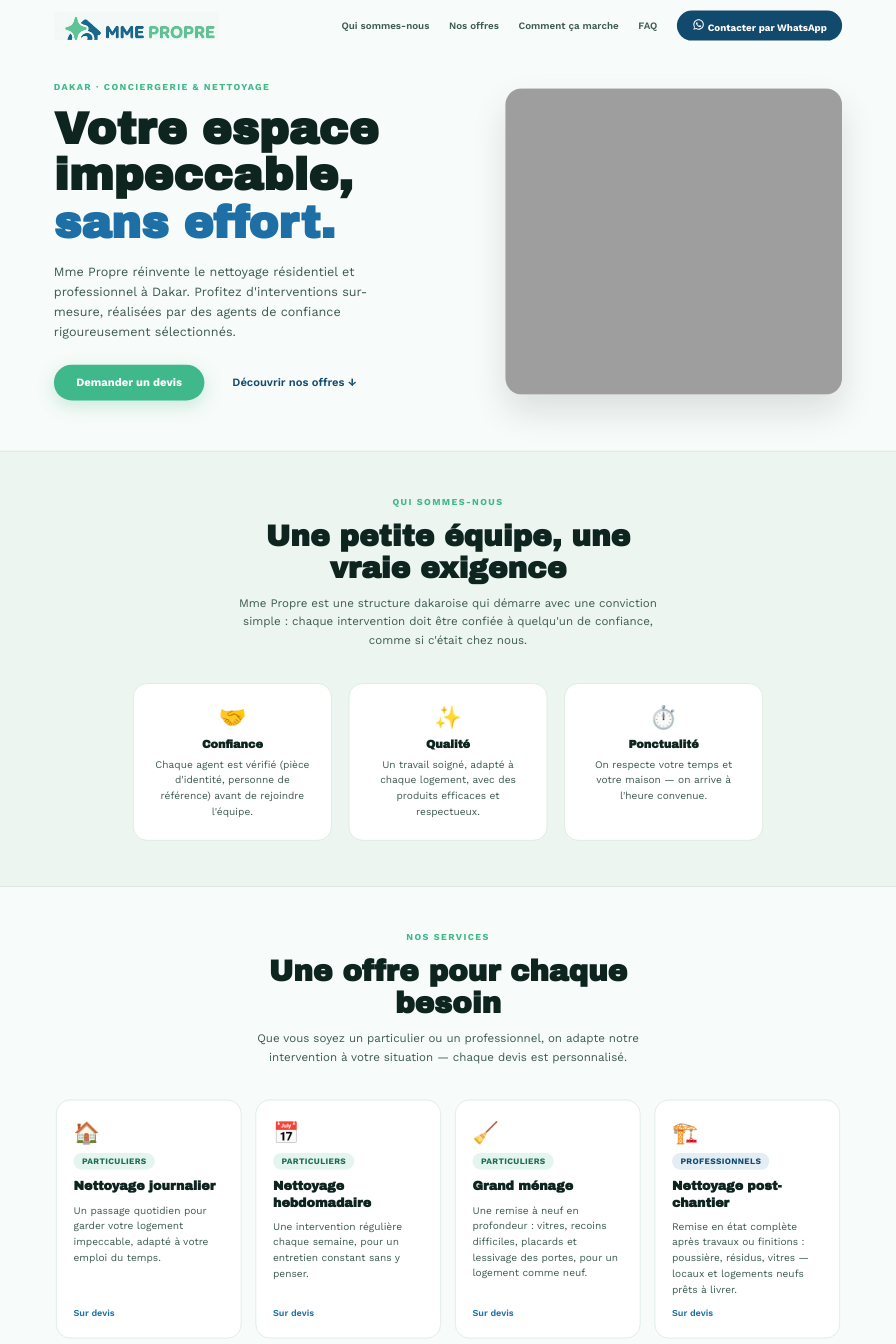
Repository: AntaaaKD/Mme-Propre
Page: index.html
These files come from the project's save history. The page is drawn as it stood at one moment and after the next save; the edit follows.
The browser window is 1280 px wide. The pictures show the part of the page from y = 0 to 1920 px (the page is 4384 px tall before and 4381 px after), at 70% of full size.
Pictures or frames that could not be fetched are drawn as grey boxes.

Above is the page before, as saved 2026-07-29 00:27:11.

### index.html
<!DOCTYPE html>
<html lang="fr">
<head>
<meta charset="UTF-8">
<meta name="viewport" content="width=device-width, initial-scale=1.0">
<title>Mme Propre — La propreté de votre demeure, en un clic</title>
<meta name="description" content="Nettoyage résidentiel et professionnel à Dakar : particuliers, bureaux, post-chantier. Agents de confiance, devis gratuit sous 24h.">

<!-- Aperçu de lien (WhatsApp, Facebook, etc.) -->
<meta property="og:type" content="website">
<meta property="og:title" content="Mme Propre — La propreté de votre demeure, en un clic">
<meta property="og:description" content="Nettoyage résidentiel et professionnel à Dakar : particuliers, bureaux, post-chantier. Agents de confiance, devis gratuit sous 24h.">
<meta property="og:image" content="https://images.unsplash.com/photo-1758272421751-963195322eaa?w=1200&auto=format&fit=crop&q=80">
<!-- ⚠️ Remplacer par l'URL réelle une fois le site déployé sur Netlify -->
<meta property="og:url" content="https://mme-propre.netlify.app/">
<meta name="twitter:card" content="summary_large_image">
<link rel="icon" type="image/png" href="data:[embedded picture, 38990 characters]">
<link rel="preconnect" href="https://fonts.googleapis.com">
<link rel="preconnect" href="https://fonts.gstatic.com" crossorigin>
<link href="https://fonts.googleapis.com/css2?family=Archivo+Black&family=Work+Sans:wght@400;500;600;700&display=swap" rel="stylesheet">

<!-- Sécurité : Cloudflare Turnstile -->
<script src="https://challenges.cloudflare.com/turnstile/v0/api.js" async defer></script>

<style>
  :root{
    --surface:#F7FBF9;
    --surface-2:#ECF5F0;
    --ink:#0E241E;
    --ink-soft:#3E5A52;
    --blue:#1D6FA5;
    --blue-deep:#124A6E;
    --mint:#3FB88C;
    --lemon:#F2C230;
    --line:#D6E6DE;
    --display:"Archivo Black", sans-serif;
    --body:"Work Sans", sans-serif;
  }
  *{box-sizing:border-box;}
  body{margin:0;padding:0;background:var(--surface);color:var(--ink);font-family:var(--body);}
  a{color:inherit;}
  section{scroll-margin-top:20px;}

  header{
    display:flex;align-items:center;justify-content:space-between;
    padding:15px 6vw;position:sticky;top:0;background:rgba(247,251,249,0.9);
    backdrop-filter:blur(6px);z-index:20;border-bottom:1px solid transparent;
  }
  .logo{display:flex;align-items:center;}
  .logo img{height:40px;width:auto;display:block;}
  nav{display:flex;align-items:center;gap:28px;}
  nav a.nav-link{font-size:14px;font-weight:600;color:var(--ink-soft);text-decoration:none;}
  .header-cta{
    font-size:14px;font-weight:700;color:#fff;background:var(--blue-deep);
    border-radius:999px;padding:11px 22px;text-decoration:none;
    transition:transform .15s ease;
  }
  .header-cta:hover{transform:translateY(-2px);}
  @media (max-width:760px){ nav a.nav-link{display:none;} }

  .hero{position:relative;padding:6vh 6vw 10vh;overflow:hidden;}
  .hero-grid{position:relative;z-index:2;display:grid;grid-template-columns:1.1fr 0.9fr;gap:56px;align-items:center;}
  @media (max-width:860px){.hero-grid{grid-template-columns:1fr;gap:40px;} .hero-image{max-height:320px;}}
  .hero-image{position:relative;border-radius:24px;overflow:hidden;box-shadow:0 24px 50px rgba(14,36,30,0.12);aspect-ratio:1.1;}
  .hero-image img{width:100%;height:100%;object-fit:cover;display:block;}
  .eyebrow{font-size:13px;font-weight:700;letter-spacing:2px;text-transform:uppercase;color:var(--mint);margin-bottom:18px;}
  h1{font-family:var(--display);font-size:clamp(36px,5.5vw,64px);line-height:1.05;margin:0 0 22px;max-width:15ch;}
  h1 .accent{color:var(--blue);}
  .hero p.lead{font-size:18px;color:var(--ink-soft);max-width:46ch;line-height:1.6;margin:0 0 32px;}
  .hero-ctas{display:flex;gap:16px;align-items:center;flex-wrap:wrap;}
  .btn-primary{
    background:var(--mint);color:#fff;font-weight:700;padding:16px 32px;
    border-radius:999px;box-shadow:0 8px 24px rgba(63,184,140,0.25);text-decoration:none;
    transition:transform .2s ease, box-shadow .2s ease;
  }
  .btn-primary:hover{transform:translateY(-2px);box-shadow:0 12px 28px rgba(63,184,140,0.4);}
  .btn-secondary{font-weight:600;color:var(--blue-deep);padding:16px 24px;text-decoration:none;}

  .section{padding:9vh 6vw;}
  .section.alt{background:var(--surface-2);border-top:1px solid var(--line);border-bottom:1px solid var(--line);}
  .section-head{max-width:640px;margin:0 auto 48px;text-align:center;}
  .section-head .eyebrow{justify-content:center;display:flex;}
  .section-head h2{font-family:var(--display);font-size:clamp(28px,3.6vw,42px);margin:0 0 14px;}
  .section-head p{color:var(--ink-soft);font-size:16.5px;line-height:1.6;margin:0;}

    /* ---------- Qui sommes-nous / Valeurs ---------- */
  .values-grid{max-width:900px;margin:0 auto;display:grid;grid-template-columns:repeat(3,1fr);gap:24px;}
  @media (max-width:760px){.values-grid{grid-template-columns:1fr;}}
  .value-card{
    background:#fff;border:1.5px solid var(--line);border-radius:20px;padding:28px 24px;
    text-align:center;transition:transform .18s ease, box-shadow .18s ease;
  }
  .value-card:hover{transform:translateY(-4px);box-shadow:0 16px 32px rgba(14,36,30,0.08);}
  .value-icon{font-size:32px;display:block;margin-bottom:12px;}
  .value-card h4{font-family:var(--display);font-size:16px;margin:0 0 10px;}
  .value-card p{color:var(--ink-soft);font-size:14.5px;line-height:1.55;margin:0;}


  .offers{max-width:1120px;margin:0 auto;display:grid;grid-template-columns:repeat(4,1fr);gap:20px;}
  @media (max-width:980px){.offers{grid-template-columns:repeat(2,1fr);}}
  @media (max-width:560px){.offers{grid-template-columns:1fr;}}
  .offer-card{
    background:#fff;border:1.5px solid var(--line);border-radius:20px;padding:28px 24px;
    display:flex;flex-direction:column;gap:12px;transition:transform .18s ease, box-shadow .18s ease;
  }
  .offer-card:hover{transform:translateY(-4px);box-shadow:0 16px 32px rgba(14,36,30,0.08);}
  .offer-card .emoji{font-size:30px;}
  .offer-card h3{font-family:var(--display);font-size:18px;margin:0;line-height:1.3;}
  .offer-card p{color:var(--ink-soft);font-size:14.5px;line-height:1.55;margin:0;flex:1;}
  .offer-tag{
    align-self:flex-start;font-size:12px;font-weight:700;letter-spacing:0.5px;text-transform:uppercase;
    padding:5px 12px;border-radius:999px;
  }
  .tag-domicile{background:rgba(63,184,140,0.14);color:#1f6b4f;}
  .tag-pro{background:rgba(29,111,165,0.12);color:var(--blue-deep);}
  .offer-quote{font-size:13px;font-weight:600;color:var(--blue);margin-top:2px;}

  .steps{max-width:900px;margin:0 auto;display:grid;grid-template-columns:repeat(3,1fr);gap:28px;}
  @media (max-width:760px){.steps{grid-template-columns:1fr;}}
  .step{text-align:center;}
  .step-num{
    width:44px;height:44px;border-radius:50%;background:var(--blue-deep);color:#fff;
    display:flex;align-items:center;justify-content:center;font-family:var(--display);font-size:17px;
    margin:0 auto 16px;
  }
  .step h4{font-family:var(--display);font-size:17px;margin:0 0 8px;}
  .step p{color:var(--ink-soft);font-size:14.5px;line-height:1.55;margin:0;}

  .form-wrap{max-width:760px;margin:0 auto;background:#fff;border:1.5px solid var(--line);border-radius:24px;padding:44px 40px;}
  @media (max-width:600px){.form-wrap{padding:32px 22px;}}
  .grid{display:grid;grid-template-columns:1fr 1fr;gap:16px;}
  @media (max-width:680px){.grid{grid-template-columns:1fr;}}
  .field{display:flex;flex-direction:column;gap:6px;}
  .field.full{grid-column:1/-1;}
  label{font-size:13px;font-weight:600;color:var(--ink-soft);}
  input,select,textarea{
    font-family:var(--body);font-size:15px;border:1.5px solid var(--line);border-radius:12px;
    padding:13px 15px;background:#fff;color:var(--ink);outline:none;transition:border-color .18s ease;
  }
  input:focus,select:focus,textarea:focus{border-color:var(--blue);}
  textarea{resize:vertical;min-height:90px;}

  .security-row { margin-top: 10px; display: flex; justify-content: center; width: 100%; }

  .submit-row{margin-top:20px;display:flex;align-items:center;gap:16px;flex-wrap:wrap;}
  .btn-whatsapp{
    display:inline-flex;align-items:center;gap:10px;background:var(--mint);color:#fff;border:none;
    border-radius:999px;padding:15px 26px;font-family:var(--body);font-weight:700;font-size:15px;cursor:pointer;
    transition:transform .15s ease, box-shadow .15s ease;
  }
  .btn-whatsapp:hover{transform:translateY(-2px);box-shadow:0 8px 22px rgba(63,184,140,0.35);}
  .btn-whatsapp:disabled{opacity:0.6;cursor:not-allowed;transform:none;}
  .btn-whatsapp-outline{
    display:inline-flex;align-items:center;gap:10px;background:#fff;color:var(--ink);border:1.5px solid var(--line);
    border-radius:999px;padding:14px 24px;font-family:var(--body);font-weight:700;font-size:14.5px;cursor:pointer;
    transition:transform .15s ease, border-color .15s ease;
  }
  .btn-whatsapp-outline:hover{transform:translateY(-2px);border-color:var(--mint);}
  .hint{font-size:13px;color:var(--ink-soft);}
  .privacy-note{font-size:12.5px;color:var(--ink-soft);margin-top:10px;line-height:1.5;}
  .hp-field{position:absolute;left:-9999px;top:-9999px;height:0;width:0;overflow:hidden;}

  .direct{padding:8vh 6vw;text-align:center;}

  /* ---------- FAQ ---------- */
  .faq-list{max-width:760px;margin:0 auto;display:flex;flex-direction:column;gap:14px;}
  .faq-item{
    background:#fff;border:1.5px solid var(--line);border-radius:16px;
    padding:6px 22px;transition:border-color .18s ease;
  }
  .faq-item[open]{border-color:var(--mint);}
  .faq-item summary{
    padding:16px 0;font-family:var(--display);font-size:15.5px;cursor:pointer;
    list-style:none;display:flex;align-items:center;justify-content:space-between;gap:16px;color:var(--ink);
  }
  .faq-item summary::-webkit-details-marker{display:none;}
  .faq-item summary::after{
    content:"+";font-family:var(--body);font-size:22px;font-weight:400;color:var(--mint);flex-shrink:0;
    transition:transform .2s ease;
  }
  .faq-item[open] summary::after{transform:rotate(45deg);}
  .faq-item p{color:var(--ink-soft);font-size:14.5px;line-height:1.6;margin:0 0 18px;}
  .direct h3{font-family:var(--display);font-size:clamp(22px,3vw,30px);margin:0 0 12px;}
  .direct p{color:var(--ink-soft);margin:0 0 26px;font-size:16px;}
  .btn-direct{
    display:inline-flex;align-items:center;gap:10px;
    background:var(--blue-deep);color:#fff;border:none;border-radius:999px;
    padding:16px 30px;font-family:var(--body);font-weight:700;font-size:15.5px;text-decoration:none;
    transition:transform .15s ease;
  }
  .btn-direct:hover{transform:translateY(-2px);}

  footer{padding:26px 6vw;border-top:1px solid var(--line);font-size:13px;color:var(--ink-soft);display:flex;justify-content:space-between;flex-wrap:wrap;gap:10px;}
</style>
</head>
<body>

<header>
  <div class="logo"><img src="data:[embedded picture, 79982 characters]" alt="Mme Propre"></div>
    <nav>
    <a class="nav-link" href="#apropos">Qui sommes-nous</a>
    <a class="nav-link" href="#offres">Nos offres</a>
    <a class="nav-link" href="#comment">Comment ça marche</a>
    <a class="nav-link" href="#faq">FAQ</a>
    <a class="header-cta header-cta-wa" id="header-wa-btn" href="#" target="_blank" rel="noopener">
  <svg viewBox="0 0 24 24" width="18" height="18" fill="currentColor" aria-hidden="true">
    <path d="M12 2C6.48 2 2 6.48 2 12c0 1.85.5 3.58 1.38 5.07L2 22l5.11-1.34A9.94 9.94 0 0 0 12 22c5.52 0 10-4.48 10-10S17.52 2 12 2zm0 18c-1.63 0-3.16-.44-4.48-1.21l-.32-.19-3.03.79.81-2.95-.21-.31A7.94 7.94 0 0 1 4 12c0-4.41 3.59-8 8-8s8 3.59 8 8-3.59 8-8 8zm4.36-5.86c-.24-.12-1.42-.7-1.64-.78-.22-.08-.38-.12-.54.12-.16.24-.62.78-.76.94-.14.16-.28.18-.52.06-.24-.12-1.01-.37-1.92-1.19-.71-.63-1.19-1.41-1.33-1.65-.14-.24-.01-.37.11-.49.11-.11.24-.28.36-.42.12-.14.16-.24.24-.4.08-.16.04-.3-.02-.42-.06-.12-.54-1.3-.74-1.78-.19-.46-.39-.4-.54-.4-.14 0-.3-.02-.46-.02s-.42.06-.64.3c-.22.24-.84.82-.84 2s.86 2.32.98 2.48c.12.16 1.7 2.6 4.12 3.64.58.25 1.03.4 1.38.51.58.18 1.11.16 1.53.1.47-.07 1.42-.58 1.62-1.14.2-.56.2-1.04.14-1.14-.06-.1-.22-.16-.46-.28z"/>
  </svg>
  <span>Contacter par WhatsApp</span>
</a>
  </nav>
</header>

<section class="hero">
  <div class="hero-grid">
    <div>
      <div class="eyebrow">Dakar · Conciergerie & Nettoyage</div>
      <h1>Votre espace impeccable, <span class="accent">sans effort.</span></h1>
      <p class="lead">Mme Propre réinvente le nettoyage résidentiel et professionnel à Dakar. Profitez d'interventions sur-mesure, réalisées par des agents de confiance rigoureusement sélectionnés.</p>
      <div class="hero-ctas">
        <a href="#devis" class="btn-primary">Demander un devis</a>
        <a href="#offres" class="btn-secondary">Découvrir nos offres ↓</a>
      </div>
    </div>
    <div class="hero-image">
      <img src="https://african.land/oc-content/plugins/blog/img/blog/328.jpg" alt="Nettoyage professionnel de maison à Dakar">

    </div>
  </div>
</section>



<!-- ============ NOUVELLE SECTION : QUI SOMMES-NOUS ============ -->
<section class="section alt" id="apropos">
  <div class="section-head">
    <div class="eyebrow">Qui sommes-nous</div>
    <h2>Une petite équipe, une vraie exigence</h2>
    <p>Mme Propre est une structure dakaroise qui démarre avec une conviction simple : chaque intervention doit être confiée à quelqu'un de confiance, comme si c'était chez nous.</p>
  </div>
  <div class="values-grid">
    <div class="value-card">
      <span class="value-icon">🤝</span>
      <h4>Confiance</h4>
      <p>Chaque agent est vérifié (pièce d'identité, personne de référence) avant de rejoindre l'équipe.</p>
    </div>
    <div class="value-card">
      <span class="value-icon">✨</span>
      <h4>Qualité</h4>
      <p>Un travail soigné, adapté à chaque logement, avec des produits efficaces et respectueux.</p>
    </div>
    <div class="value-card">
      <span class="value-icon">⏱️</span>
      <h4>Ponctualité</h4>
      <p>On respecte votre temps et votre maison — on arrive à l'heure convenue.</p>
    </div>
  </div>
</section>
<!-- ============ FIN NOUVELLE SECTION ============ -->

<section class="section" id="offres">
  <div class="section-head">
    <div class="eyebrow">Nos services</div>
    <h2>Une offre pour chaque besoin</h2>
    <p>Que vous soyez un particulier ou un professionnel, on adapte notre intervention à votre situation — chaque devis est personnalisé.</p>
  </div>
  <div class="offers">
    <div class="offer-card">
      <span class="emoji">🏠</span>
      <span class="offer-tag tag-domicile">Particuliers</span>
      <h3>Nettoyage journalier</h3>
      <p>Un passage quotidien pour garder votre logement impeccable, adapté à votre emploi du temps.</p>
      <span class="offer-quote">Sur devis</span>
    </div>
    <div class="offer-card">
      <span class="emoji">📅</span>
      <span class="offer-tag tag-domicile">Particuliers</span>
      <h3>Nettoyage hebdomadaire</h3>
      <p>Une intervention régulière chaque semaine, pour un entretien constant sans y penser.</p>
      <span class="offer-quote">Sur devis</span>
    </div>
    <div class="offer-card">
      <span class="emoji">🧹</span>
      <span class="offer-tag tag-domicile">Particuliers</span>
      <h3>Grand ménage</h3>
      <p>Une remise à neuf en profondeur : vitres, recoins difficiles, placards et lessivage des portes, pour un logement comme neuf.</p>
      <span class="offer-quote">Sur devis</span>
    </div>
    <div class="offer-card">
      <span class="emoji">🏗️</span>
      <span class="offer-tag tag-pro">Professionnels</span>
      <h3>Nettoyage post-chantier</h3>
      <p>Remise en état complète après travaux ou finitions : poussière, résidus, vitres — locaux et logements neufs prêts à livrer.</p>
      <span class="offer-quote">Sur devis</span>
    </div>
  </div>
</section>

<section class="section alt" id="comment">
  <div class="section-head">
    <div class="eyebrow">Simple et rapide</div>
    <h2>Comment ça marche</h2>
  </div>
  <div class="steps">
    <div class="step">
      <div class="step-num">1</div>
      <h4>Vous nous contactez</h4>
      <p>Décrivez votre besoin via le formulaire ou directement sur WhatsApp : type de bien, surface, fréquence souhaitée.</p>
    </div>
    <div class="step">
      <div class="step-num">2</div>
      <h4>On évalue ensemble</h4>
      <p>Selon la situation, on échange par téléphone et on organise une visite pour établir un devis précis et adapté.</p>
    </div>
    <div class="step">
      <div class="step-num">3</div>
      <h4>Intervention programmée</h4>
      <p>Une fois le devis validé, on planifie l'intervention à la date qui vous convient le mieux.</p>
    </div>
  </div>
</section>

<section class="section" id="faq">
  <div class="section-head">
    <div class="eyebrow">Questions fréquentes</div>
    <h2>Ce que vous vous demandez peut-être</h2>
  </div>
  <div class="faq-list">
    <details class="faq-item">
      <summary>Comment sélectionnez-vous vos agents de nettoyage ?</summary>
      <p>Chaque candidat passe par une vérification d'identité (pièce d'identité) et fournit une personne de référence avant de rejoindre l'équipe. On reste une petite structure qui démarre, donc chaque profil est validé personnellement plutôt que via un processus automatisé.</p>
    </details>
    <details class="faq-item">
      <summary>Dois-je être présent(e) pendant l'intervention ?</summary>
      <p>Ce n'est pas obligatoire, mais c'est recommandé pour la toute première intervention afin de valider ensemble vos attentes et l'accès au logement. Pour les interventions suivantes, on s'organise selon ce qui vous convient le mieux.</p>
    </details>
    <details class="faq-item">
      <summary>Comment se passe le paiement ?</summary>
      <p>Les modalités (montant, moyen de paiement, fréquence) sont fixées ensemble au moment du devis, avant toute intervention — vous savez exactement à quoi vous attendre dès le départ.</p>
    </details>
    <details class="faq-item">
      <summary>Que se passe-t-il si je ne suis pas satisfait(e) ?</summary>
      <p>Contactez-nous directement — on préfère de loin ajuster le service avec vous plutôt que de laisser un problème sans réponse.</p>
    </details>
    <details class="faq-item">
      <summary>Travaillez-vous aussi avec les professionnels de l'immobilier et du bâtiment ?</summary>
      <p>Oui — nettoyage post-chantier, remise en état de logements neufs ou de locaux avant livraison. Contactez-nous pour discuter de vos besoins, ponctuels ou récurrents.</p>
    </details>
  </div>
</section>

<section class="section" id="devis">
  <div class="section-head">
    <div class="eyebrow">Demande de devis</div>
    <h2>Parlez-nous de votre projet</h2>
    <p>Particulier ou professionnel, remplissez ce formulaire — on revient vers vous rapidement avec une proposition adaptée.</p>
  </div>

  <div class="form-wrap">
    <div class="grid">
      <div class="field"><label for="d-nom">Nom complet</label><input id="d-nom" type="text" required maxlength="80" autocomplete="name" placeholder="Ex : Awa Diagne"></div>
      <div class="field"><label for="d-tel">Numéro de téléphone</label><input id="d-tel" type="tel" required maxlength="25" autocomplete="tel" inputmode="tel" pattern="^[0-9+ ]{7,25}$" placeholder="77 000 00 00"></div>
      <div class="field">
        <label for="d-type">Vous êtes</label>
        <select id="d-type">
          <option value="Particulier — Domicile">Particulier — nettoyage domicile</option>
          <option value="Pro — Post-chantier">Professionnel — nettoyage post-chantier</option>
          <option value="Pro — Bureaux/Locaux">Professionnel — bureaux / locaux</option>
          <option value="Autre">Autre</option>
        </select>
      </div>
      <div class="field"><label for="d-zone">Quartier / zone</label><input id="d-zone" type="text" placeholder="Ex : Sacré-Cœur, Dakar" maxlength="100"></div>
      <div class="field full"><label for="d-surface">Surface ou taille approximative (si connue)</label><input id="d-surface" type="text" placeholder="Ex : Appartement 3 pièces, ou 200 m²" maxlength="100"></div>
      <div class="field full">
        <label for="d-msg">Décrivez votre besoin</label>
        <textarea id="d-msg" maxlength="1000" placeholder="Ex : Nettoyage de fin de chantier pour un immeuble de 4 appartements..."></textarea>
      </div>

      <!-- Champ piège anti-bot : invisible pour un humain, souvent rempli par les robots -->
      <div class="field full hp-field" aria-hidden="true">
        <label for="d-site">Laisser ce champ vide</label>
        <input id="d-site" type="text" tabindex="-1" autocomplete="off">
      </div>

      <div class="field full security-row">
        <div class="cf-turnstile" data-sitekey="0x4AAAAAAD6Cu6YosposxSZD"></div>
      </div>
    </div>

    <div class="submit-row">
      <button class="btn-whatsapp" id="submit-btn">Envoyer ma demande</button>
      <button class="btn-whatsapp-outline" id="wa-direct-btn">Ou nous écrire sur WhatsApp</button>
    </div>
    <div class="hint" id="submit-status" style="margin-top:14px;">On vous répond généralement sous 24h.</div>
    <p class="privacy-note">En envoyant ce formulaire, vous acceptez que Mme Propre conserve ces informations pour vous recontacter au sujet de votre demande. Elles ne sont ni revendues, ni partagées avec des tiers.</p>
  </div>
</section>

<section class="direct">
  <h3>Une question avant de remplir le formulaire ?</h3>
  <p>Écrivez-nous directement, on répond vite.</p>
  <a class="btn-direct" id="direct-wa" href="#" target="_blank" rel="noopener">Contacter Mme Propre sur WhatsApp</a>
</section>

<footer>
  <span>Mme Propre — Dakar, Sénégal</span>
  <span>Nettoyage résidentiel & professionnel</span>
</footer>
<script src="script.js"></script>

</body>
</html>

Loaded but not shown: script.js (105 lines, source omitted)

After the next save:
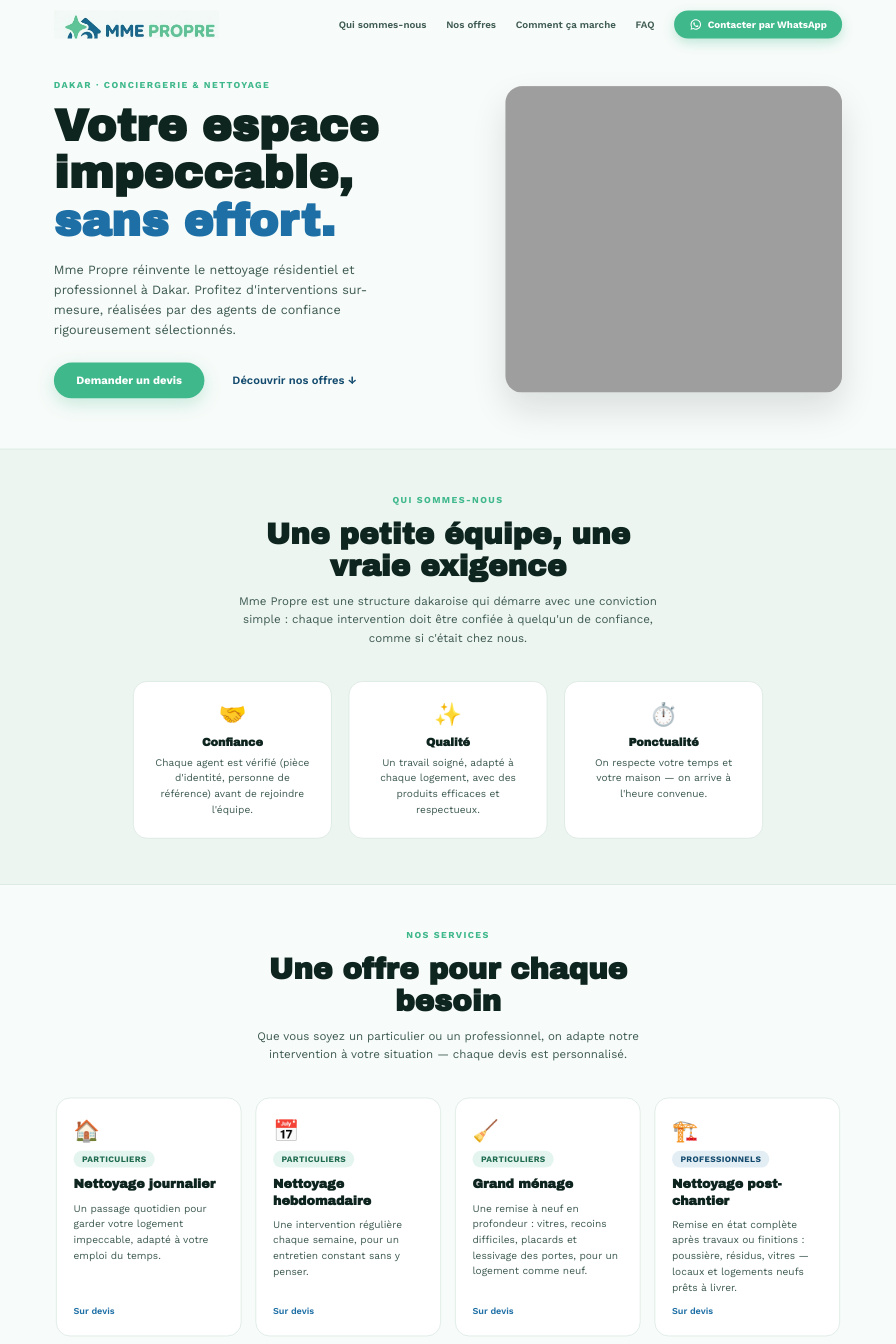
Saved 81 s later.
--- a/index.html
+++ b/index.html
@@ -56,6 +56,11 @@
     transition:transform .15s ease;
   }
   .header-cta:hover{transform:translateY(-2px);}
+  .header-cta-wa{
+  display:inline-flex;align-items:center;gap:8px;background:var(--mint);
+  box-shadow:0 6px 16px rgba(63,184,140,0.3);
+}
+.header-cta-wa:hover{box-shadow:0 10px 22px rgba(63,184,140,0.45);}
   @media (max-width:760px){ nav a.nav-link{display:none;} }
 
   .hero{position:relative;padding:6vh 6vw 10vh;overflow:hidden;}
